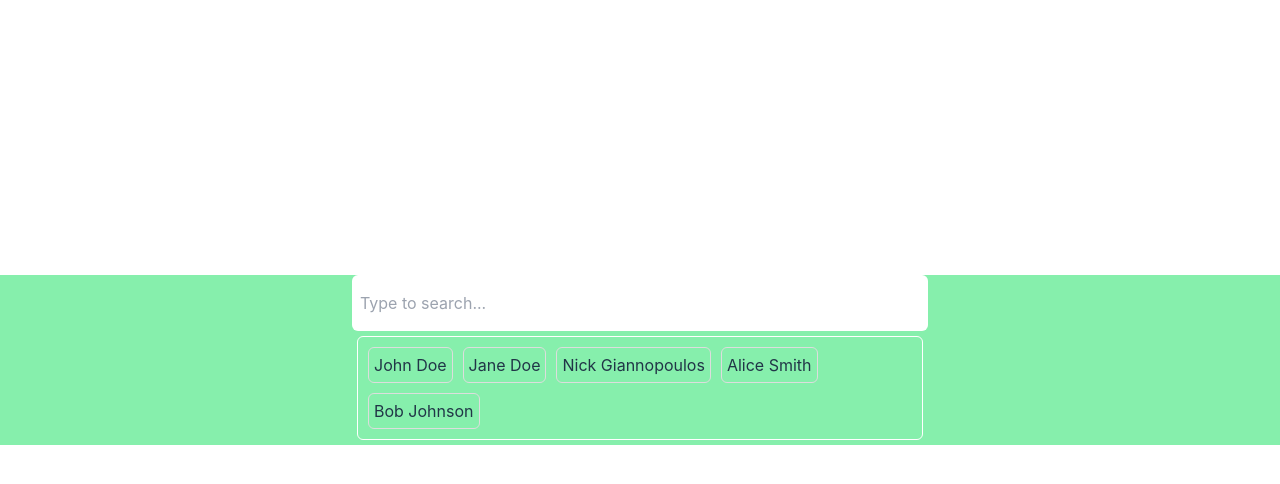
Repository: Ayansaxena24/Chip
Page: /
An editor plug-in stored every save of this project. The page is shown before and after the next save, followed by the edit.
The browser window is 1280 px wide. The pictures show the whole page.
Some web libraries are served in a nearby version. The project was rebuilt for these pictures with package versions that can differ from the ones it lists, and the page was loaded fresh each time. Also part of the build but not shown: vite.config.ts, src/ChipInput.css.

Above is the page before, as saved 2024-01-16 03:37:41.

### index.html
<!doctype html>
<html lang="en">
  <head>
    <meta charset="UTF-8" />
    <link rel="icon" type="image/svg+xml" href="/vite.svg" />
    <meta name="viewport" content="width=device-width, initial-scale=1.0" />
    <script src="https://cdn.tailwindcss.com"></script>    <title>Vite + React + TS</title>
  </head>
  <body>
    <div id="root"></div>
    <script type="module" src="/src/main.tsx"></script>
  </body>
</html>

### src/App.tsx
import { BrowserRouter as Router, Routes, Route } from 'react-router-dom'
import ChipInput from './chipInput'

const App = () => {
  return (
    <Router>
      <Routes>
      <Route path="/" element={<ChipInput />} />
      </Routes>
    </Router>
  )
}

export default App

### src/ChipInput.tsx
// ChipInput.tsx

import React, {
  useState,
  useRef,
  useEffect,
  KeyboardEvent,
  ChangeEvent,
} from "react";
import "./ChipInput.css"; // Import your CSS file (e.g., TailwindCss/SCSS)

interface Chip {
  id: number;
  label: string;
}

const ChipInput: React.FC = () => {
  const [inputValue, setInputValue] = useState<string>("");
  const [chips, setChips] = useState<Chip[]>([]);
  const [filteredItems, setFilteredItems] = useState<string[]>([]);
  const inputRef = useRef<HTMLInputElement>(null);

  const items = [
    "John Doe",
    "Jane Doe",
    "Nick Giannopoulos",
    "Alice Smith",
    "Bob Johnson",
  ];

  useEffect(() => {
    setFilteredItems(
      items.filter((item) => !chips.find((chip) => chip.label === item))
    );
  }, [chips]);

  const handleInputChange = (e: ChangeEvent<HTMLInputElement>) => {
    const value = e.target.value;
    setInputValue(value);

    if (value.trim() === "" && chips.length > 0) {
      highlightLastChip();
    } else {
      setFilteredItems(
        items.filter((item) => item.toLowerCase().includes(value.toLowerCase()))
      );
    }
  };

  const handleChipClick = (item: string) => {
    setChips((prevChips) => [...prevChips, { id: Date.now(), label: item }]);
    setInputValue("");
  };

  const handleChipRemove = (id: number) => {
    setChips((prevChips) => prevChips.filter((chip) => chip.id !== id));
  };

  const handleInputKeyDown = (e: KeyboardEvent<HTMLInputElement>) => {
    if (e.key === "Backspace" && inputValue === "" && chips.length > 0) {
      e.preventDefault();
      const lastChip = chips[chips.length - 1];
      handleChipRemove(lastChip.id);
    }
  };

  const highlightLastChip = () => {
    const lastChip = document.querySelector(".chip:last-child");
    if (lastChip) {
      lastChip.classList.add("highlighted");
    }
  };

  return (
    <div className="w-screen flex justify-center items-center bg-green-300">
      <div className="flex flex-col w-[80vh]">
        <div className="flex flex-wrap">
          {chips.map((chip) => (
            <div
              key={chip.id}
              className="bg-[#037bfc] text-white rounded-md m-[5px] pr-[30px] pl-[10px] py-[12px] cursor-pointer flex items-center relative"
              onClick={() => handleChipRemove(chip.id)}
            >
              {chip.label}
              <span className="hover:border-white hover:bg-red-600 duration-300 ease-in-out hover:border-2 hover:rounded-md px-1 mx-2 absolute right-0">X</span>
            </div>
          ))}
          <input
            ref={inputRef}
            type="text"
            value={inputValue}
            onChange={handleInputChange}
            onKeyDown={handleInputKeyDown}
            placeholder="Type to search..."
            className="rounded-md w-full pl-2 py-4"
          />
        </div>
        <ul className={`${chips.length !== 5 ? "cursor-pointer p-[5px] m-[5px] border-white rounded-md border-[1px] border-solid flex flex-wrap" : ""}`}>
          {filteredItems.map((item) => (
            <li className="cursor-pointer p-[5px] m-[5px] border-[1px] border-[#ddd] rounded-md hover:text-black hover:bg-white duration-300 ease-in-out hover:scale-105" key={item} onClick={() => handleChipClick(item)}>
              {item}
            </li>
          ))}
        </ul>
      </div>
    </div>
  );
};

export default ChipInput;

Loaded but not shown: src/main.tsx (common file); src/index.css (common file)

After the next save:
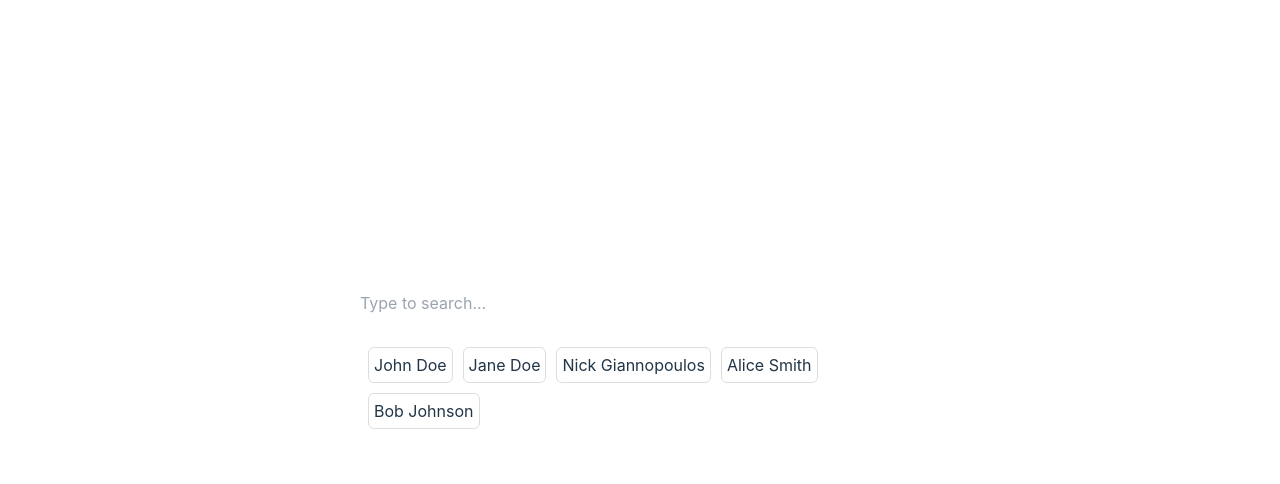
Saved 37 s later.
--- a/src/ChipInput.tsx
+++ b/src/ChipInput.tsx
@@ -72,7 +72,7 @@ const ChipInput: React.FC = () => {
   };
 
   return (
-    <div className="w-screen flex justify-center items-center bg-green-300">
+    <div className="w-screen flex justify-center items-center">
       <div className="flex flex-col w-[80vh]">
         <div className="flex flex-wrap">
           {chips.map((chip) => (
